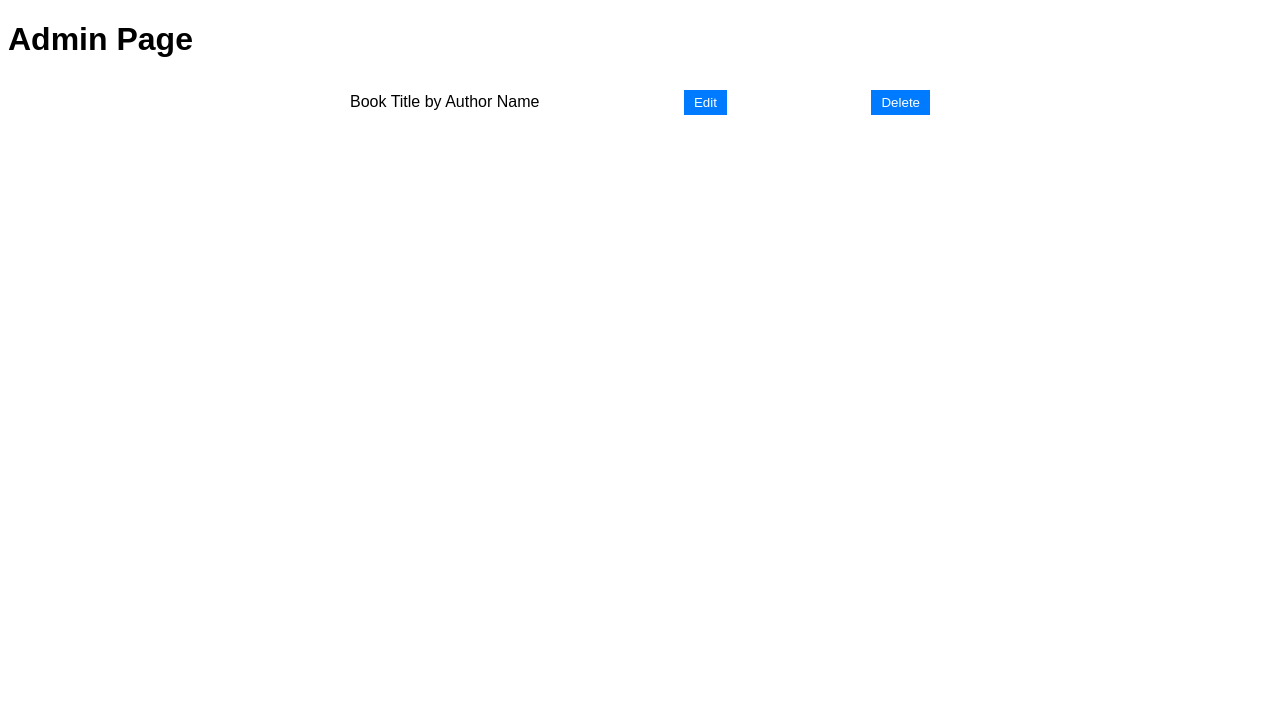
Repository: fadyesk12/Web-Technology-Course-Project
Page: auth/admin.html
The author's editor kept a copy of each file at every save. The page is drawn from the files as they stood at one save, then again after the next save.
The browser window is 1280 px wide. The pictures show the whole page.

Above is the page before, as saved 2024-04-20 09:25:33.

After the next save:
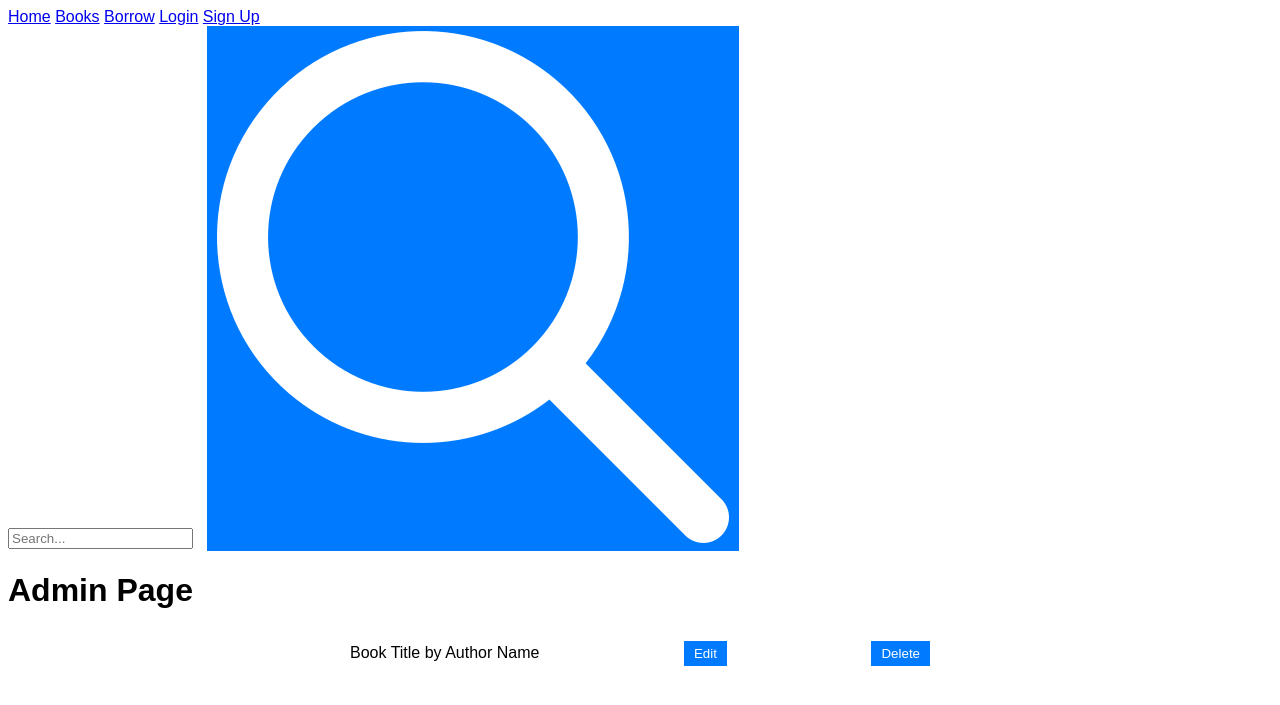
Saved 22 s later.
--- a/auth/admin.html
+++ b/auth/admin.html
@@ -7,6 +7,19 @@
     <link rel="stylesheet" href="../Styling/admin.css">
 </head>
 <body>
+    <div id="navbar">
+        <a href="../index.html">Home</a>
+        <a href="../book_list.html">Books</a>
+        <a href="../borrow.html">Borrow</a>
+        <a href="../auth/login.html">Login</a>
+        <a href="../auth/signup.html">Sign Up</a>
+        <div class="search">
+          <form action="" method="get">
+            <input type="text" placeholder="Search...">
+            <button type="submit"><img src="../PICS/search.png"></button>
+          </form>
+        </div>
+      </div>
     <h1>Admin Page</h1>
     <div id="bookList">
         <div class="book-row">
